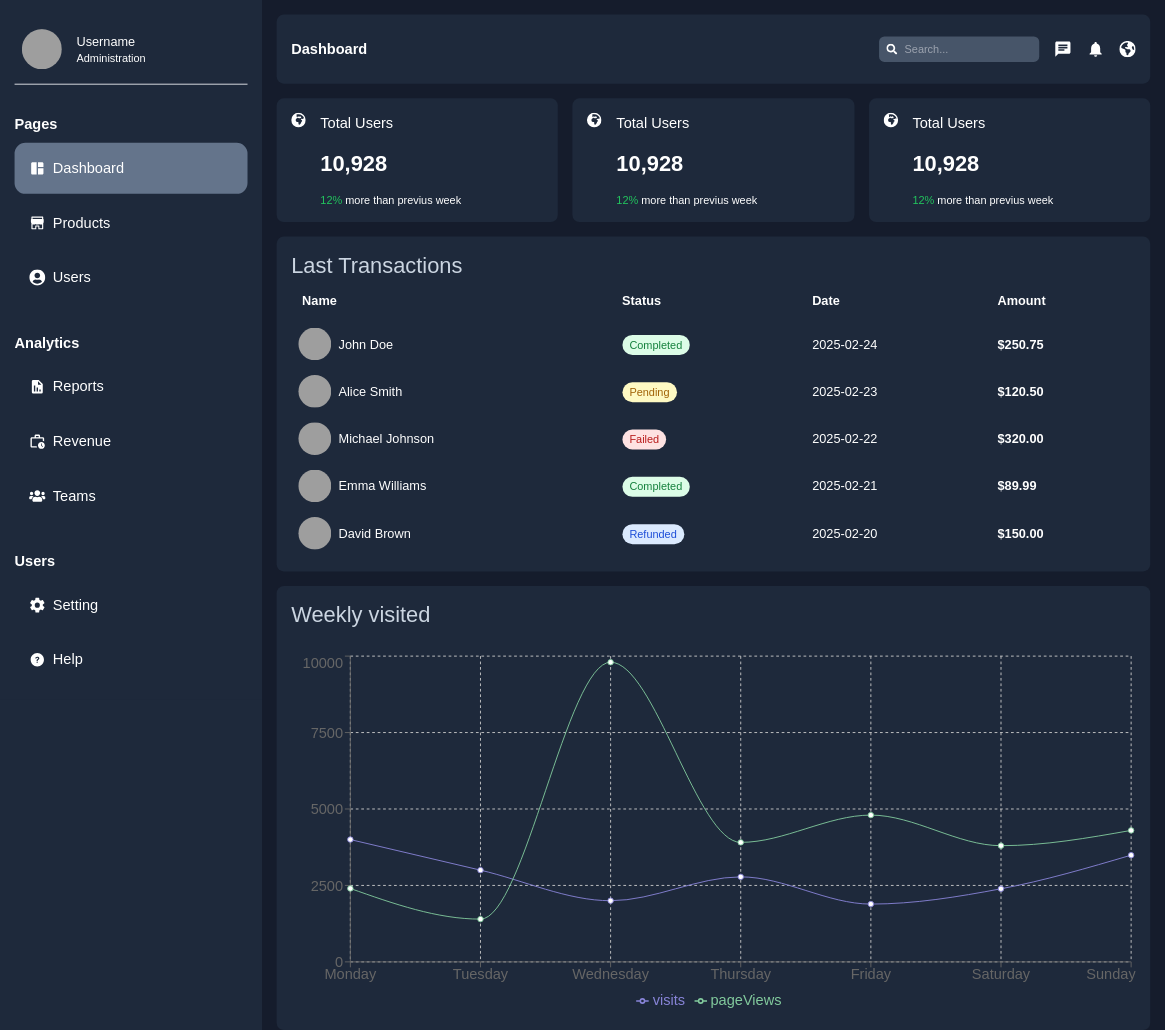
Repository: Than-sothearak/next-computer-admin
Page: /dashboard
The author's editor kept a copy of each file at every save. The page is drawn from the files as they stood at one save, then again after the next save.
The browser window is 1280 px wide. The pictures show the whole page, at 91% of full size.
Pictures or frames that could not be fetched are drawn as grey boxes. The project was rebuilt for these pictures with package versions that can differ from the ones it lists, and the page was loaded fresh each time. The framework's server and built-in components were replaced by stand-ins that run in the browser. Also part of the build but not shown: next.config.mjs.

Above is the page before, as saved 2025-02-25 00:02:54.

After the next save:
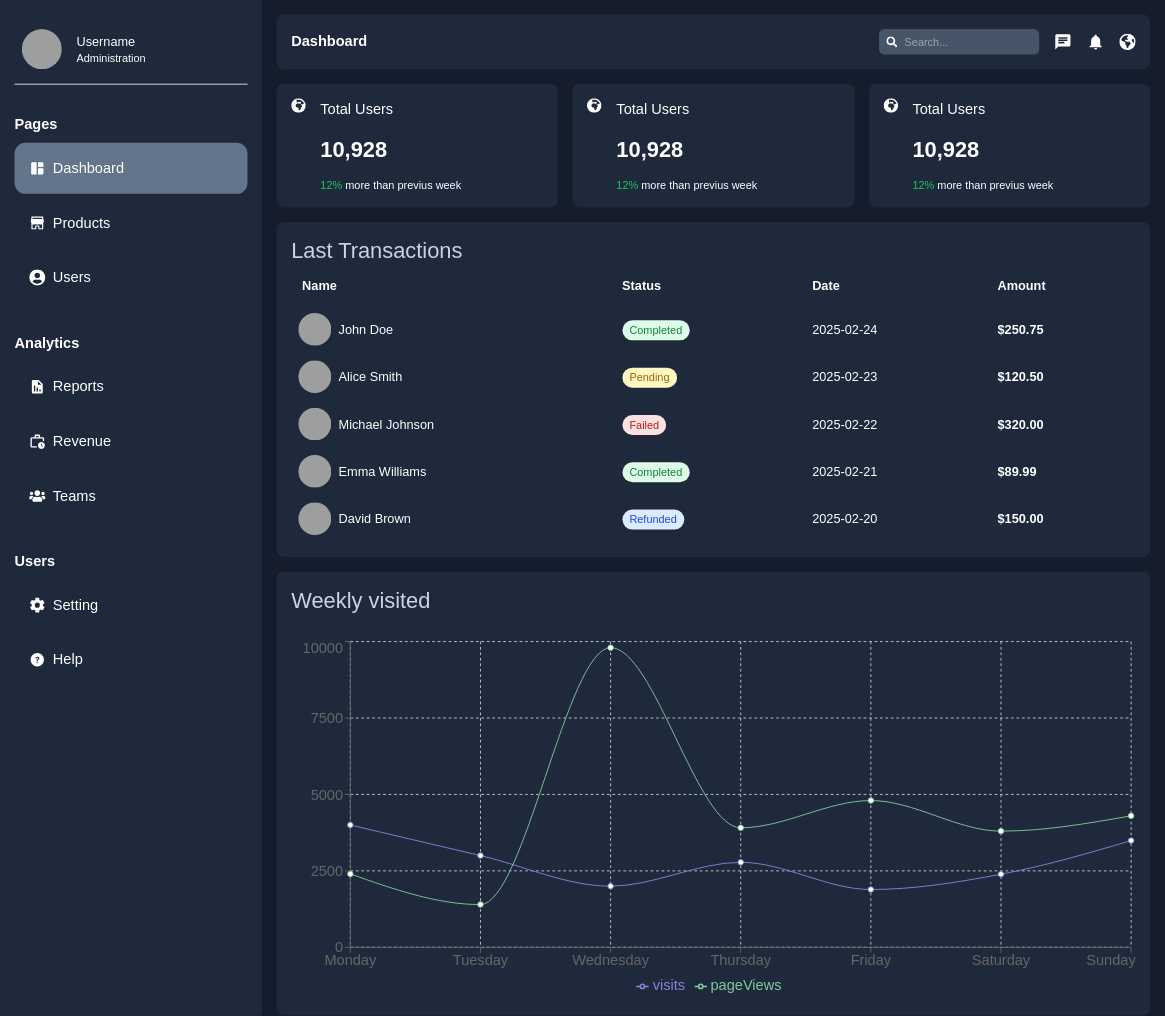
Saved 47 s later.
--- a/components/dashboard/navbar/navbar.js
+++ b/components/dashboard/navbar/navbar.js
@@ -6,7 +6,7 @@ import SearchCompoenent from "@/components/SearchComponet";
 export const Navbar = () => {
   const pathName = usePathname()
   return (
-    <div className="bg-slate-800 py-6 px-4 rounded-lg w-full max-sm:block flex justify-between items-center">
+    <div className="bg-slate-800 py-4 px-4 rounded-lg w-full max-sm:block flex justify-between items-center">
 
       <div>
         <h2 className="capitalize font-bold">{pathName.split("/").pop()}</h2>
